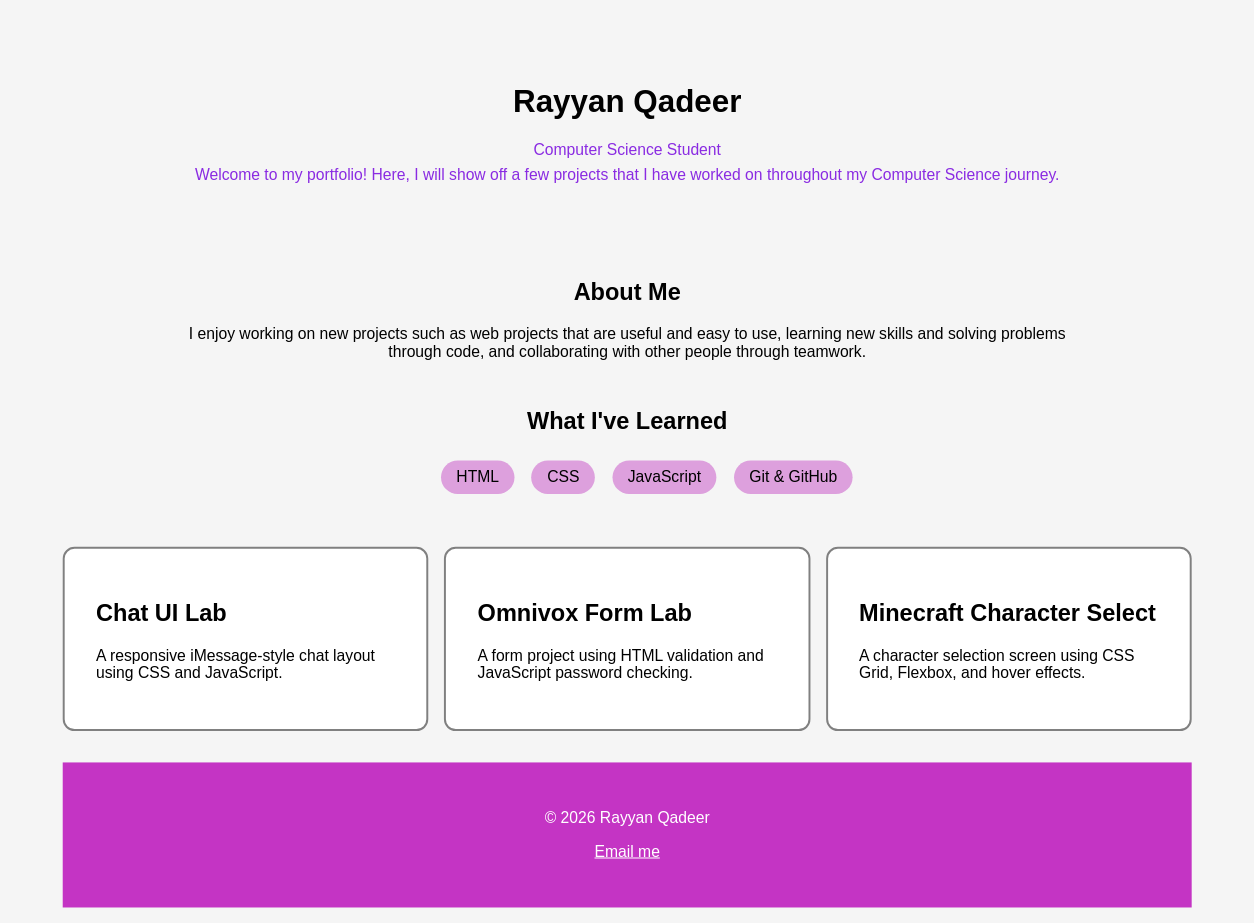
Repository: rayyan-qadeer/rayyan-qadeer
Page: index.html
An editor plug-in stored every save of this project. The page is shown before and after the next save, followed by the edit.
The browser window is 1280 px wide. The pictures show the whole page, at 98% of full size.

Above is the page before, as saved 2026-05-20 19:31:42.

### index.html
<!doctype html>
<html lang="en">
  <head>
    <meta charset="UTF-8" />
    <meta name="viewport" content="width=device-width, initial-scale=1.0" />
    <title>Rayyan Qadeer Portfolio</title>
    <link rel="stylesheet" href="./styles/globals.css" />
    <link rel="stylesheet" href="./styles/index.css" />
  </head>
  <body>
    <main>
      <header>
        <h1>Rayyan Qadeer</h1>
        <p class="subtitle">Computer Science Student</p>
        <p class="description">
          Welcome to my portfolio! Here, I will show off a few projects that I
          have worked on throughout my Computer Science journey.
        </p>
      </header>

      <section class="about">
        <h2>About Me</h2>
        <p>
          I enjoy working on new projects such as web projects that are useful
          and easy to use, learning new skills and solving problems through
          code, and collaborating with other people through teamwork.
        </p>
      </section>

      <section class="skills">
        <h2>What I've Learned</h2>
        <ul>
          <li>HTML</li>
          <li>CSS</li>
          <li>JavaScript</li>
          <li>Git & GitHub</li>
        </ul>
      </section>

      <section class="projects">
        <a class="card" href="./pages/chat-ui.html">
          <h2>Chat UI Lab</h2>
          <p>
            A responsive iMessage-style chat layout using CSS and JavaScript.
          </p>
        </a>

        <a class="card" href="./pages/omnivox-form.html">
          <h2>Omnivox Form Lab</h2>
          <p>
            A form project using HTML validation and JavaScript password
            checking.
          </p>
        </a>

        <a class="card" href="./pages/minecraft-character-select.html">
          <h2>Minecraft Character Select</h2>
          <p>
            A character selection screen using CSS Grid, Flexbox, and hover
            effects.
          </p>
        </a>
      </section>

      <footer>
        <p>© 2026 Rayyan Qadeer</p>
        <p>
          <a href="mailto:rayyanqadeer@outlook.com">Email me</a>
        </p>
      </footer>
    </main>
  </body>
</html>

### styles/globals.css
body {
    margin: 0rem;
    font-family: Arial, Helvetica, sans-serif;
    background-color: whitesmoke;
    color: black;
}

### styles/index.css
main {
  padding: 1rem;
  max-width: 90%;
  margin: 0 auto;
}

header {
  text-align: center;
  margin-bottom: 3rem;
  padding: 3rem 1rem;
}

.subtitle {
  color: blueviolet;
  margin-bottom: 0.5rem;
}

.description {
  max-width: 80%;
  margin: 0 auto;
  color: blueviolet;
}

.about,
.skills {
  text-align: center;
  max-width: 80%;
  margin: 3rem auto;
}

.skills li {
  display: inline-block;
  margin: 0.4rem;
  padding: 0.5rem 1rem;
  background-color: plum;
  border-radius: 20px;
}

.projects {
  display: grid;
  grid-template-columns: 1fr;
  gap: 1rem;
  margin: 2rem auto;
}

.card {
  background-color: white;
  padding: 2rem;
  border-radius: 0.75rem;
  border: 2px solid gray;
  text-decoration: none;
  color: black;
  transition:
    transform 0.2s ease,
    background-color 0.2s ease;
}

.card:hover {
  transform: translateY(-4px);
  background-color: plum;
}

.card:focus {
  outline: 3px solid blueviolet;
  outline-offset: 4px;
}

footer a {
  color: white;
}

footer {
  text-align: center;
  margin-top: 2rem;
  padding: 2rem;
  background-color: rgb(196, 52, 196);
  color: white;
}

@media (min-width: 768px) {
  .projects {
    grid-template-columns: repeat(2, 1fr);
  }
}

@media (min-width: 1024px) {
  .projects {
    grid-template-columns: repeat(3, 1fr);
  }
}

After the next save:
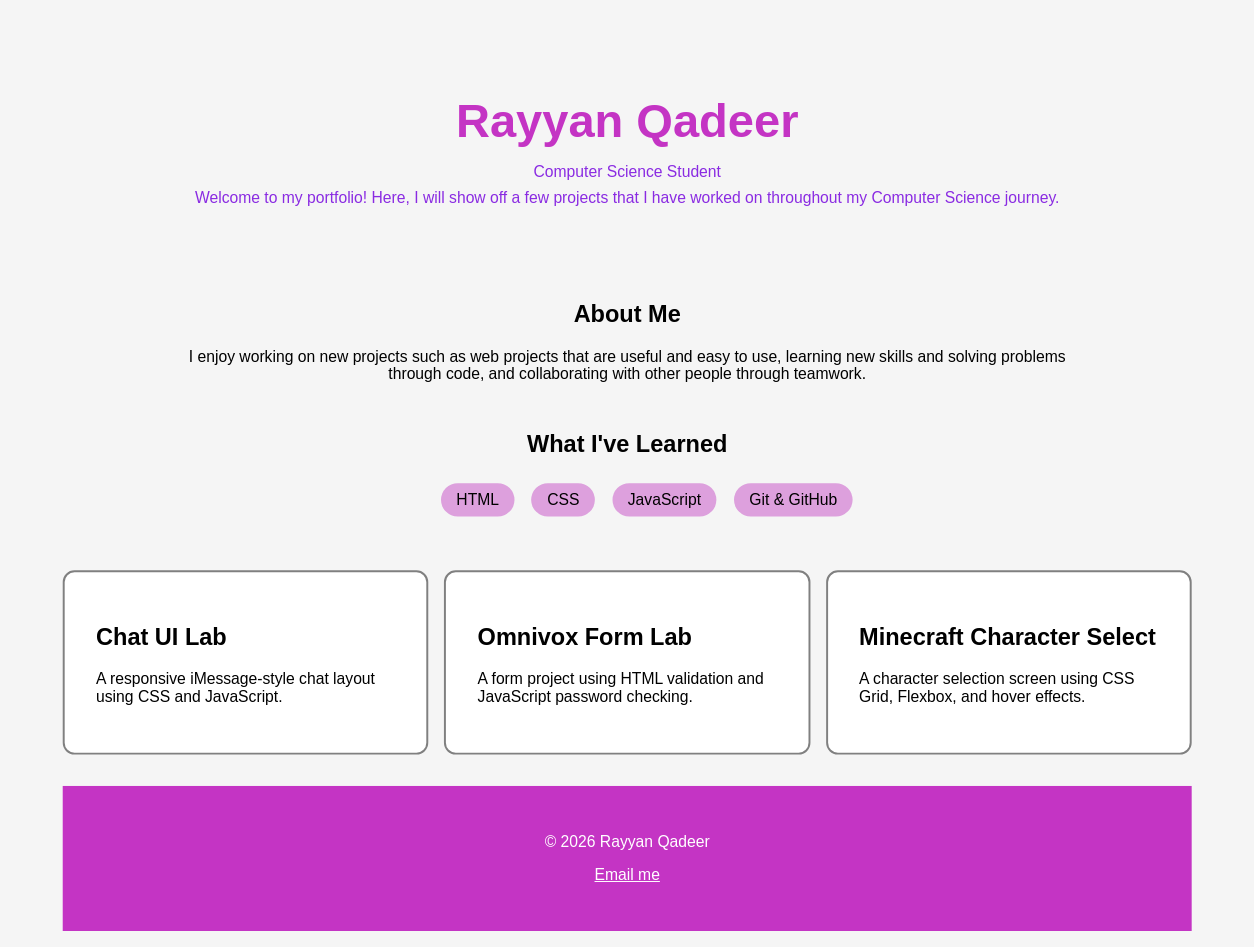
Saved 2 s later.
--- a/styles/globals.css
+++ b/styles/globals.css
@@ -1,6 +1,12 @@
 body {
-    margin: 0rem;
-    font-family: Arial, Helvetica, sans-serif;
-    background-color: whitesmoke;
-    color: black;
+  margin: 0rem;
+  font-family: Arial, Helvetica, sans-serif;
+  background-color: whitesmoke;
+  color: black;
 }
+
+header h1 {
+  font-size: 3rem;
+  margin-bottom: 0.5rem;
+  color: rgb(196, 52, 196);
+}
